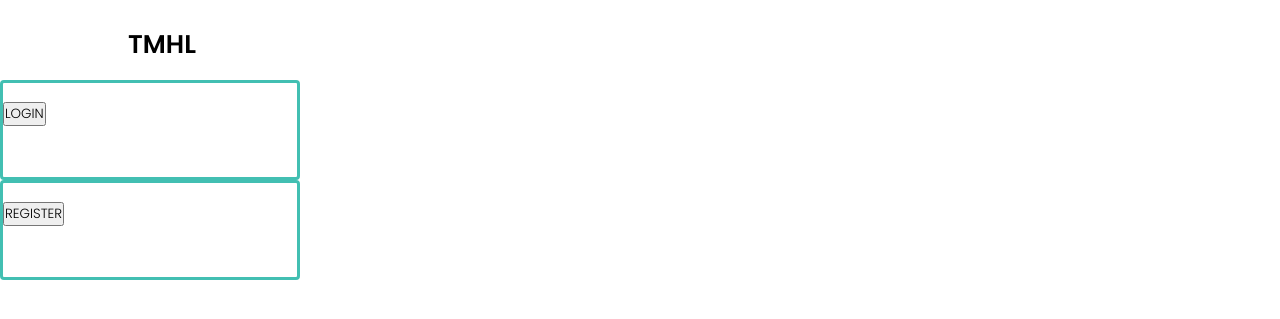
Repository: vu9ar/vu9ar.github.io
Page: WelcomePage/welcome.html
The author's editor kept a copy of each file at every save. The page is drawn from the files as they stood at one save, then again after the next save.
The browser window is 1280 px wide. The pictures show the whole page.

Above is the page before, as saved 2022-03-27 18:25:01.

After the next save:
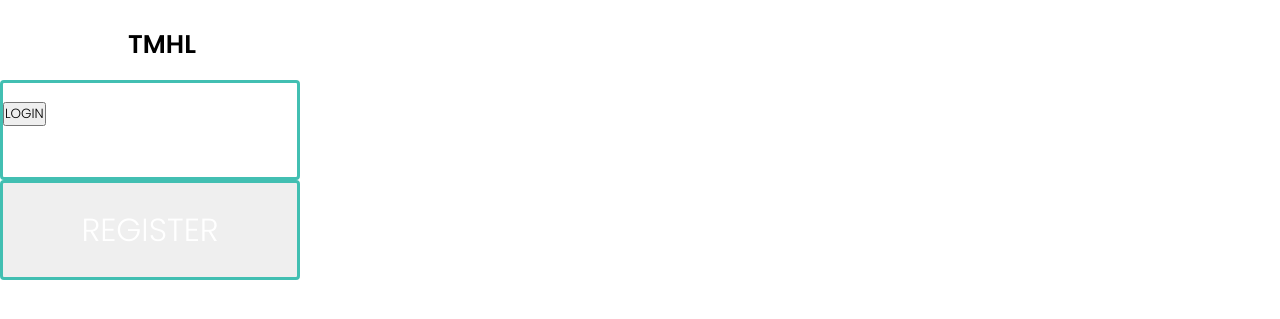
Saved 39 s later.
--- a/WelcomePage/welcome.html
+++ b/WelcomePage/welcome.html
@@ -34,8 +34,8 @@
         <button>LOGIN</button>
     </form>
 
-    <form action="/loginRegister/guestToVerifiedRegister.html" class="button">
-        <button>REGISTER</button>
+    <form action="/loginRegister/guestToVerifiedRegister.html">
+        <button class="button">REGISTER</button>
     </form>
     <script src="app.js"></script>
 
